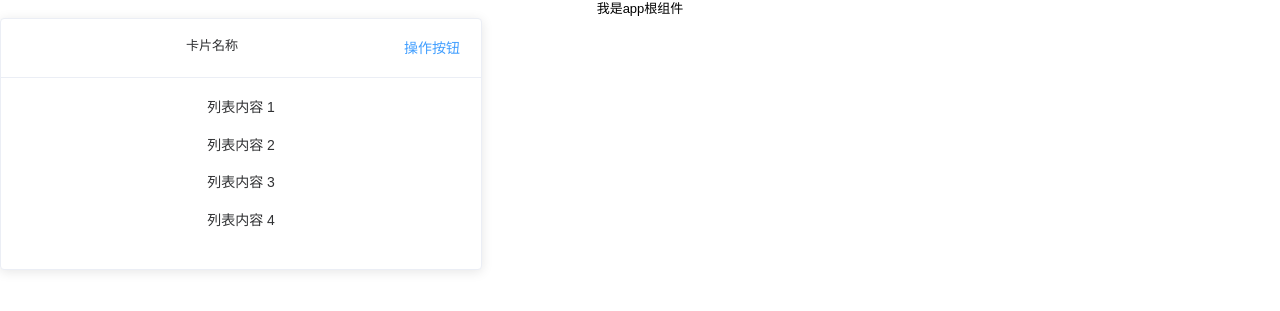
Repository: wuder-jie/Manager-System
Page: /
An editor plug-in stored every save of this project. The page is shown before and after the next save, followed by the edit.
The browser window is 1280 px wide. The pictures show the whole page.
The project was rebuilt for these pictures with package versions that can differ from the ones it lists, and the page was loaded fresh each time. Also part of the build but not shown: vue.config.js.

Above is the page before, as saved 2022-11-26 15:23:42.

### src/main.js
import Vue from "vue";
import App from "./App.vue";
import ElementUI from "element-ui";
import "element-ui/lib/theme-chalk/index.css";
// 引入reset样式重置文件。
import "@/assets/css/reset.css";
// 引入图标样式
import "font-awesome/css/font-awesome.min.css";
// 引入axios
import axios from "axios";
// 引入路由器
import router from "@/router";
// 把axios挂载到原型，所有的vc都可访问。
Vue.prototype.axios = axios;
Vue.config.productionTip = false;
Vue.use(ElementUI);

new Vue({ router, render: (h) => h(App) }).$mount("#app");

### src/App.vue
<template>
  <div id="app">
    <h3>我是app根组件</h3>
    <router-view></router-view>
  </div>
</template>

<script>
export default {
  name: "app",
  data() {
    return {};
  },
  components: {},
  methods: {},
};
</script>
<style lang="scss">
.suc {
  background-color: red;
}
</style>

### src/assets/css/reset.css
body {
  font-family:arial,helvetica,sans-serif;
  font-size:13px;
  font-size-adjust:none;
  font-stretch:normal;
  font-style:normal;
  font-variant:normal;
  font-weight:normal;
  line-height:1.4;
  text-align:center;
  }
  body, ul, ol, dl, dd, h1, h2, h3, h4, h5, h6, p, form, fieldset, legend, input, textarea, select, button, th, td {
  margin:0;
  padding:0;
  }
  h1, h2, h3, h4, h5, h6 {
  font-size:100%;
  font-weight:normal;
  }
  table {
  font-size:inherit;
  }
  input, select {
  font-family:arial,helvetica,clean,sans-serif;
  font-size:100%;
  font-size-adjust:none;
  font-stretch:normal;
  font-style:normal;
  font-variant:normal;
  font-weight:normal;
  line-height:normal;
  }
  button {
  overflow:visible;
  }
  th, em, strong, b, address, cite {
  font-style:normal;
  font-weight:normal;
  }
  li {
  list-style-image:none;
  list-style-position:outside;
  list-style-type:none;
  }
  img, fieldset {
  border:0 none;
  }
  ins {
  text-decoration:none;
  }

### src/router/index.js
import Vue from "vue";
import Router from "vue-router";
Vue.use(Router);
const routes = [
  {
    path: "/",
    redirect: "/login",
  },
  {
    name: "login",
    path: "/login",
    // 路由懒加载
    component: () => import("@/pages/login"),
  },
  {
    name: "home",
    path: "/home",
    // 路由懒加载
    component: () => import("@/pages/home"),
    // 异步组件
    // component: (resolve) => require(["@/pages/home"], resolve),
  },
];

const router = new Router({
  mode: "history",
  routes,
});
export default router;

### src/pages/login/index.vue
<template>
  <div id="login">
    <el-card class="box-card">
      <div slot="header" class="clearfix">
        <span>卡片名称</span>
        <el-button style="float: right; padding: 3px 0" type="text"
          >操作按钮</el-button
        >
      </div>
      <div v-for="o in 4" :key="o" class="text item">
        {{ "列表内容 " + o }}
      </div>
    </el-card>
  </div>
</template>

<script>
export default {
  name: "LoginItem",
  data() {
    return {};
  },
  components: {},
  methods: {},
};
</script>
<style lang="scss">
#login {
  .text {
    font-size: 14px;
  }

  .item {
    margin-bottom: 18px;
  }

  .clearfix:before,
  .clearfix:after {
    display: table;
    content: "";
  }
  .clearfix:after {
    clear: both;
  }

  .box-card {
    width: 480px;
  }
}
</style>

Loaded but not shown: public/index.html (common file)

After the next save:
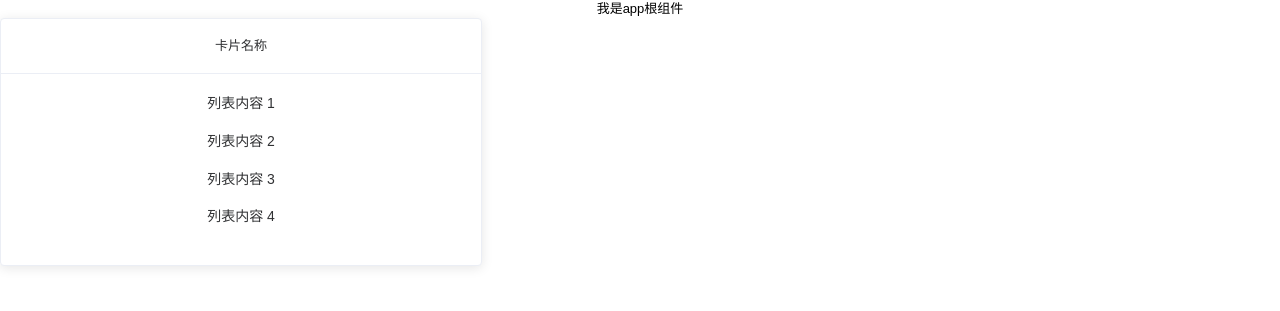
Saved 36 s later.
--- a/src/pages/login/index.vue
+++ b/src/pages/login/index.vue
@@ -3,9 +3,6 @@
     <el-card class="box-card">
       <div slot="header" class="clearfix">
         <span>卡片名称</span>
-        <el-button style="float: right; padding: 3px 0" type="text"
-          >操作按钮</el-button
-        >
       </div>
       <div v-for="o in 4" :key="o" class="text item">
         {{ "列表内容 " + o }}
